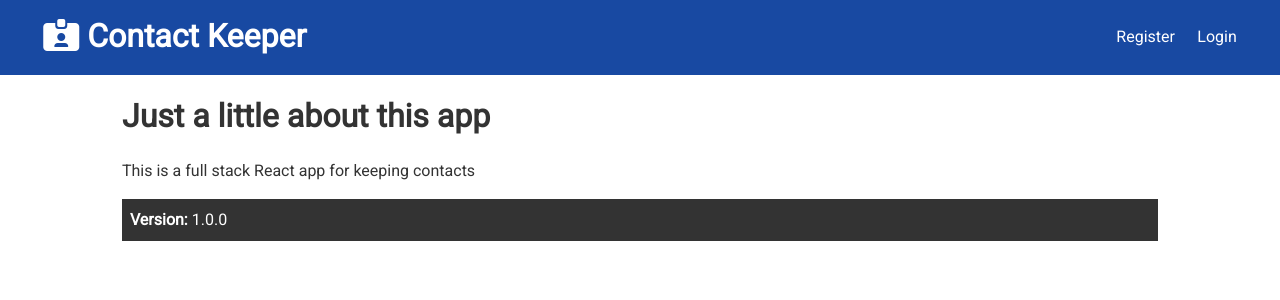
Repository: michaelm602623/contactKeeper
Page: /about (app in client/)
These files come from the project's save history. The page is drawn as it stood at one moment and after the next save; the edit follows.
The browser window is 1280 px wide. The pictures show the whole page.
The page's requests for data from a server got no answer. Some web libraries are served in a nearby version. The project was rebuilt for these pictures with package versions that can differ from the ones it lists, and the page was loaded fresh each time. A package was used in the major version that the imports need, not the one package.json lists. No one was signed in, and anything a server would have sent is missing. Also part of the build but not shown: client/src/components/contacts/ContactItem.js, client/src/components/layout/Spinner.js, client/src/components/contacts/Contacts.js, client/src/components/contacts/ContactForm.js, client/src/components/contacts/ContactFilter.js, client/src/components/pages/Home.js, client/src/components/auth/Register.js, client/src/components/auth/Login.js and 2 more.

Above is the page before, as saved 2019-11-23 02:18:13.

### client/public/index.html
<!DOCTYPE html>
<html lang="en">
  <head>
    <meta charset="utf-8" />
    <link rel="icon" href="%PUBLIC_URL%/favicon.ico" />
    <meta name="viewport" content="width=device-width, initial-scale=1" />
    <meta name="theme-color" content="#000000" />
    <meta
      name="description"
      content="Web site created using create-react-app"
    />
    <link rel="apple-touch-icon" href="logo192.png" />
    <script src="https://kit.fontawesome.com/cdce8a0938.js" crossorigin="anonymous"></script>
    <link rel="manifest" href="%PUBLIC_URL%/manifest.json" />

    <title>Contact-Keeper</title>
  </head>
  <body>
    <noscript>You need to enable JavaScript to run this app.</noscript>
    <div id="root"></div>
  </body>
</html>

### client/src/App.js
import React, { Fragment } from "react";
import { BrowserRouter as Router, Route, Switch } from "react-router-dom";
import Navbar from "./components/layout/Navbar";
import Home from "./components/pages/Home";
import About from "./components/pages/About";
import Register from "./components/auth/Register";
import Login from "./components/auth/Login";
import Alerts from "./components/layout/Alerts";
import PrivateRoute from "./components/routing/PrivateRoute";

import ContactState from "./context/contact/ContactState";
import AuthState from "./context/auth/AuthState";
import AlertState from "./context/alert/AlertState";
import setAuthToken from "./utils/setAuthToken";
import "./App.css";

if (localStorage.token) {
  setAuthToken(localStorage.token);
}

const App = () => {
  return (
    <AuthState>
      <ContactState>
        <AlertState>
          <Router>
            <Fragment>
              <Navbar />
              <div className='container'>
                <Alerts />
                <Switch>
                  <PrivateRoute exact path='/' component={Home} />
                  <Route exact path='/about' component={About} />
                  <Route exact path='/register' component={Register} />
                  <Route exact path='/login' component={Login} />
                </Switch>
              </div>
            </Fragment>
          </Router>
        </AlertState>
      </ContactState>
    </AuthState>
  );
};

export default App;

### client/src/components/layout/Navbar.js
import React, { Fragment, useContext, useEffect } from "react";

import PropTypes from "prop-types";

import { Link } from "react-router-dom";

import AuthContext from "../../context/auth/authContext";

import ContactContext from "../../context/contact/contactContext";

const Navbar = ({ title, icon }) => {
  const authContext = useContext(AuthContext);

  const contactContext = useContext(ContactContext);

  const { isAuthenticated, logout, user, loadUser } = authContext;

  const { clearContacts } = contactContext;

  useEffect(() => {
    loadUser();

    // eslint-disable-next-line
  }, []);

  const onLogout = () => {
    logout();

    clearContacts();
  };

  const authLinks = (
    <Fragment>
      <li>Hello {user && user.name}</li>

      <li>
        <a onClick={onLogout} href='#!'>
          <i className='fas fa-sign-out-alt' />{" "}
          <span className='hide-sm'>Logout</span>
        </a>
      </li>
    </Fragment>
  );

  const guestLinks = (
    <Fragment>
      <li>
        <Link to='/register'>Register</Link>
      </li>

      <li>
        <Link to='/login'>Login</Link>
      </li>
    </Fragment>
  );

  return (
    <div className='navbar bg-primary'>
      <h1>
        <Link to='/'>
          <i className={icon} /> {title}
        </Link>
      </h1>

      <ul>{isAuthenticated ? authLinks : guestLinks}</ul>
    </div>
  );
};

Navbar.propTypes = {
  title: PropTypes.string.isRequired,

  icon: PropTypes.string
};

Navbar.defaultProps = {
  title: "Contact Keeper",

  icon: "fas fa-id-card-alt"
};

export default Navbar;

### client/src/components/pages/About.js
import React from "react";

const About = () => {
  return (
    <div>
      <h1>Just a little about this app</h1>
      <p className='my-1'>
        This is a full stack React app for keeping contacts
      </p>
      <p className='bg-dark p'>
        <strong>Version: </strong> 1.0.0
      </p>
    </div>
  );
};

export default About;

### client/src/context/contact/ContactState.js
import React, { useReducer } from "react";

import axios from "axios";

import ContactContext from "./contactContext";

import contactReducer from "./contactReducer";

import {
  GET_CONTACTS,
  ADD_CONTACT,
  DELETE_CONTACT,
  SET_CURRENT,
  CLEAR_CURRENT,
  UPDATE_CONTACT,
  FILTER_CONTACTS,
  CLEAR_CONTACTS,
  CLEAR_FILTER,
  CONTACT_ERROR
} from "../types";

const ContactState = props => {
  const initialState = {
    contacts: null,

    current: null,

    filtered: null,

    error: null
  };

  const [state, dispatch] = useReducer(contactReducer, initialState);

  // Get Contacts

  const getContacts = async () => {
    try {
      const res = await axios.get("/api/contacts");

      dispatch({
        type: GET_CONTACTS,

        payload: res.data
      });
    } catch (err) {
      dispatch({
        type: CONTACT_ERROR,

        payload: err.response.msg
      });
    }
  };

  // Add Contact

  const addContact = async contact => {
    const config = {
      headers: {
        "Content-Type": "application/json"
      }
    };

    try {
      const res = await axios.post("/api/contacts", contact, config);

      dispatch({
        type: ADD_CONTACT,

        payload: res.data
      });
    } catch (err) {
      dispatch({
        type: CONTACT_ERROR,

        payload: err.response.msg
      });
    }
  };

  // Delete Contact

  const deleteContact = async id => {
    try {
      await axios.delete(`/api/contacts/${id}`);

      dispatch({
        type: DELETE_CONTACT,

        payload: id
      });
    } catch (err) {
      dispatch({
        type: CONTACT_ERROR,

        payload: err.response.msg
      });
    }
  };

  // Update Contact

  const updateContact = async contact => {
    const config = {
      headers: {
        "Content-Type": "application/json"
      }
    };

    try {
      const res = await axios.put(
        `/api/contacts/${contact._id}`,

        contact,

        config
      );

      dispatch({
        type: UPDATE_CONTACT,

        payload: res.data
      });
    } catch (err) {
      dispatch({
        type: CONTACT_ERROR,

        payload: err.response.msg
      });
    }
  };

  // Clear Contacts

  const clearContacts = () => {
    dispatch({ type: CLEAR_CONTACTS });
  };

  // Set Current Contact

  const setCurrent = contact => {
    dispatch({ type: SET_CURRENT, payload: contact });
  };

  // Clear Current Contact

  const clearCurrent = () => {
    dispatch({ type: CLEAR_CURRENT });
  };

  // Filter Contacts

  const filterContacts = text => {
    dispatch({ type: FILTER_CONTACTS, payload: text });
  };

  // Clear Filter

  const clearFilter = () => {
    dispatch({ type: CLEAR_FILTER });
  };

  return (
    <ContactContext.Provider
      value={{
        contacts: state.contacts,

        current: state.current,

        filtered: state.filtered,

        error: state.error,

        addContact,

        deleteContact,

        setCurrent,

        clearCurrent,

        updateContact,

        filterContacts,

        clearFilter,

        getContacts,

        clearContacts
      }}
    >
      {props.children}
    </ContactContext.Provider>
  );
};

export default ContactState;

### client/src/context/auth/AuthState.js
import React, { useReducer } from "react";
import axios from "axios";
import AuthContext from "./authContext";
import authReducer from "./authReducer";
import setAuthToken from "../../utils/setAuthToken";
import {
  REGISTER_SUCCESS,
  REGISTER_FAIL,
  USER_LOADED,
  AUTH_ERROR,
  LOGIN_SUCCESS,
  LOGIN_FAIL,
  LOGOUT,
  CLEAR_ERRORS
} from "../types";

const AuthState = props => {
  const initialState = {
    token: localStorage.getItem("token"),
    isAuthenticated: null,
    loading: true,
    user: null,
    error: null
  };

  const [state, dispatch] = useReducer(authReducer, initialState);

  // Load User
  const loadUser = async () => {
    if (localStorage.token) {
      setAuthToken(localStorage.token);
    }

    try {
      const res = await axios.get("/api/auth");

      dispatch({
        type: USER_LOADED,
        payload: res.data
      });
    } catch (err) {
      dispatch({ type: AUTH_ERROR });
    }
  };

  // Register User
  const register = async formData => {
    const config = {
      headers: {
        "Content-Type": "application/json"
      }
    };

    try {
      const res = await axios.post("/api/users", formData, config);

      dispatch({
        type: REGISTER_SUCCESS,
        payload: res.data
      });

      loadUser();
    } catch (err) {
      dispatch({
        type: REGISTER_FAIL,
        payload: err.response.data.msg
      });
    }
  };

  // Login User
  const login = async formData => {
    const config = {
      headers: {
        "Content-Type": "application/json"
      }
    };

    try {
      const res = await axios.post("/api/auth", formData, config);

      dispatch({
        type: LOGIN_SUCCESS,
        payload: res.data
      });

      loadUser();
    } catch (err) {
      dispatch({
        type: LOGIN_FAIL,
        payload: err.response.data.msg
      });
    }
  };

  // Logout
  const logout = () => dispatch({ type: LOGOUT });

  // Clear Errors
  const clearErrors = () => dispatch({ type: CLEAR_ERRORS });

  return (
    <AuthContext.Provider
      value={{
        token: state.token,
        isAuthenticated: state.isAuthenticated,
        loading: state.loading,
        user: state.user,
        error: state.error,
        register,
        loadUser,
        login,
        logout,
        clearErrors
      }}
    >
      {props.children}
    </AuthContext.Provider>
  );
};

export default AuthState;

### client/src/context/alert/AlertState.js
import React, { useReducer } from "react";
import uuid from "uuid";
import AlertContext from "./alertContext";
import alertReducer from "./alertReducer";
import { SET_ALERT, REMOVE_ALERT } from "../types";

const AlertState = props => {
  const initialState = [];

  const [state, dispatch] = useReducer(alertReducer, initialState);

  // Set Alert
  const setAlert = (msg, type, timeout = 5000) => {
    const id = uuid.v4();
    dispatch({
      type: SET_ALERT,
      payload: { msg, type, id }
    });

    setTimeout(() => dispatch({ type: REMOVE_ALERT, payload: id }), timeout);
  };

  return (
    <AlertContext.Provider
      value={{
        alerts: state,
        setAlert
      }}
    >
      {props.children}
    </AlertContext.Provider>
  );
};

export default AlertState;

### client/src/App.css
@import url('https://fonts.googleapis.com/css?family=Roboto');



/* Global Styles */

:root {

  --primary-color: #003699;

  --dark-color: #333333;

  --light-color: #f4f4f4;

  --danger-color: #dc3545;

  --success-color: #28a745;

}



* {

  box-sizing: border-box;

  margin: 0;

  padding: 0;

}



body {

  font-family: 'Roboto', sans-serif;

  font-size: 1rem;

  line-height: 1.6;

  background-color: #fff;

  color: #333;

}



a {

  color: var(--primary-color);

  text-decoration: none;

}



a:hover {

  color: #666;

}



ul {

  list-style: none;

}



img {

  width: 100%;

}



/* Utilities */

.container {

  max-width: 1100px;

  margin: auto;

  overflow: hidden;

  padding: 0 2rem;

}



/* Text Styles*/

.x-large {

  font-size: 4rem;

  line-height: 1.2;

  margin-bottom: 1rem;

}



.large {

  font-size: 3rem;

  line-height: 1.2;

  margin-bottom: 1rem;

}



.lead {

  font-size: 1.5rem;

  margin-bottom: 1rem;

}



.text-center {

  text-align: center;

}



.text-primary {

  color: var(--primary-color);

}



.text-dark {

  color: var(--dark-color);

}



.text-center {

  text-align: center;

}



.text-right {

  text-align: right;

}



.text-left {

  text-align: left;

}



/* Cards */

.card {

  padding: 1rem;

  border: #ccc 1px dotted;

  margin: 0.7rem 0;

}



/* List */

.list {

  margin: 0.5rem 0;

}



.list li {

  padding-bottom: 0.3rem;

}



/* Padding */

.p {

  padding: 0.5rem;

}

.p-1 {

  padding: 1rem;

}

.p-2 {

  padding: 2rem;

}

.p-3 {

  padding: 3rem;

}

.py {

  padding: 0.5rem 0;

}

.py-1 {

  padding: 1rem 0;

}

.py-2 {

  padding: 2rem 0;

}

.py-3 {

  padding: 3rem 0;

}



/* Margin */

.m {

  margin: 0.5rem;

}

.m-1 {

  margin: 1rem;

}

.m-2 {

  margin: 2rem;

}

.m-3 {

  margin: 3rem;

}

.my {

  margin: 0.5rem 0;

}

.my-1 {

  margin: 1rem 0;

}

.my-2 {

  margin: 2rem 0;

}

.my-3 {

  margin: 3rem 0;

}



/* Grid */

.grid-2 {

  display: grid;

  grid-template-columns: repeat(2, 1fr);

  grid-gap: 2rem;

}



.grid-3 {

  display: grid;

  grid-template-columns: repeat(3, 1fr);

  grid-gap: 1rem;

}



.grid-4 {

  display: grid;

  grid-template-columns: repeat(4, 1fr);

  grid-gap: 2rem;

}



.grid-2-3 {

  display: grid;

  grid-template-columns: 2fr 3fr;

  grid-gap: 2rem;

}



.btn {

  display: inline-block;

  background: var(--light-color);

  color: #333;

  padding: 0.4rem 1.3rem;

  font-size: 1rem;

  border: none;

  cursor: pointer;

  margin-right: 0.5rem;

  transition: opacity 0.2s ease-in;

  outline: none;

}



.btn-link {

  background: none;

  padding: 0;

  margin: 0;

}



.btn-block {

  display: block;

  width: 100%;

}



.btn-sm {

  font-size: 0.8rem;

  padding: 0.3rem 1rem;

  margin-right: 0.2rem;

}



.badge {

  font-size: 0.8rem;

  padding: 0.2rem 0.7rem;

  text-align: center;

  margin: 0.3rem;

  background: var(--light-color);

  color: #333;

  border-radius: 5px;

}



.alert {

  padding: 0.7rem;

  margin: 1rem 0;

  opacity: 0.9;

  background: var(--light-color);

  color: #333;

}



.btn-primary,

.bg-primary,

.badge-primary,

.alert-primary {

  background: var(--primary-color);

  color: #fff;

}



.btn-light,

.bg-light,

.badge-light,

.alert-light {

  background: var(--light-color);

  color: #333;

}



.btn-dark,

.bg-dark,

.badge-dark,

.alert-dark {

  background: var(--dark-color);

  color: #fff;

}



.btn-danger,

.bg-danger,

.badge-danger,

.alert-danger {

  background: var(--danger-color);

  color: #fff;

}



.btn-success,

.bg-success,

.badge-success,

.alert-success {

  background: var(--success-color);

  color: #fff;

}



.btn-white,

.bg-white,

.badge-white,

.alert-white {

  background: #fff;

  color: #333;

  border: #ccc solid 1px;

}



.btn:hover {

  opacity: 0.8;

}



.bg-light,

.badge-light {

  border: #ccc solid 1px;

}



.round-img {

  border-radius: 50%;

}



/* Forms */

input {

  margin: 1.2rem 0;

}



.form-text {

  display: block;

  margin-top: 0.3rem;

  color: #888;

}



input[type='text'],

input[type='email'],

input[type='password'],

input[type='date'],

select,

textarea {

  display: block;

  width: 100%;

  padding: 0.4rem;

  font-size: 1.2rem;

  border: 1px solid #ccc;

}



input[type='submit'],

button {

  font: inherit;

}



.form-group {

  margin: 1.2rem 0;

}



.form-group input {

  margin: 0.2rem 0;

}



.form-container {

  max-width: 500px;

  margin: 2rem auto;

  overflow: hidden;

  padding: 0 2rem;

}



.form-container h1,

h2,

h3 {

  text-align: center;

}



table th,

table td {

  padding: 1rem;

  text-align: left;

}



table th {

  background: var(--light-color);

}



/* Navbar */

.navbar {

  display: flex;

  justify-content: space-between;

  align-items: center;

  padding: 0.7rem 2rem;

  z-index: 1;

  width: 100%;

  border-bottom: solid 1px var(--primary-color);

  opacity: 0.9;

  margin-bottom: 1rem;

}



.navbar ul {

  display: flex;

}



.navbar a {

  color: #fff;

  padding: 0.45rem;

  margin: 0 0.25rem;

}



.navbar a:hover {

  color: var(--light-color);

}



.navbar .welcome span {

  margin-right: 0.6rem;

}



/* Animation (Add After) */

.item-enter {

  opacity: 0;

}

.item-enter-active {

  opacity: 1;

  transition: opacity 1000ms ease-in;

}

.item-exit {

  opacity: 1;

}

.item-exit-active {

  opacity: 0;

  transition: opacity 1000ms ease-in;

}



/* Mobile Styles */

@media (max-width: 700px) {

  .hide-sm {

    display: none;

  }



  .grid-2,

  .grid-3,

  .grid-4 {

    grid-template-columns: 1fr;

  }



  /* Text Styles */

  .x-large {

    font-size: 3rem;

  }



  .large {

    font-size: 2rem;

  }



  .lead {

    font-size: 1rem;

  }



  /* Navbar */

  .navbar {

    display: block;

    text-align: center;

  }



  .navbar h1 {

    margin-bottom: 0.6rem;

  }



  .navbar ul {

    text-align: center;

    justify-content: center;

  }

}

### client/src/context/contact/contactReducer.js
import {
  GET_CONTACTS,
  ADD_CONTACT,
  DELETE_CONTACT,
  SET_CURRENT,
  CLEAR_CURRENT,
  UPDATE_CONTACT,
  FILTER_CONTACTS,
  CLEAR_FILTER,
  CONTACT_ERROR,
  CLEAR_CONTACTS
} from "../types";

export default (state, action) => {
  switch (action.type) {
    case GET_CONTACTS:
      return {
        ...state,

        contacts: action.payload,

        loading: false
      };

    case ADD_CONTACT:
      return {
        ...state,

        contacts: [action.payload, ...state.contacts],

        loading: false
      };

    case UPDATE_CONTACT:
      return {
        ...state,

        contacts: state.contacts.map(contact =>
          contact._id === action.payload._id ? action.payload : contact
        ),

        loading: false
      };

    case DELETE_CONTACT:
      return {
        ...state,

        contacts: state.contacts.filter(
          contact => contact._id !== action.payload
        ),

        loading: false
      };

    case CLEAR_CONTACTS:
      return {
        ...state,

        contacts: null,

        filtered: null,

        error: null,

        current: null
      };

    case SET_CURRENT:
      return {
        ...state,

        current: action.payload
      };

    case CLEAR_CURRENT:
      return {
        ...state,

        current: null
      };

    case FILTER_CONTACTS:
      return {
        ...state,

        filtered: state.contacts.filter(contact => {
          const regex = new RegExp(`${action.payload}`, "gi");

          return contact.name.match(regex) || contact.email.match(regex);
        })
      };

    case CLEAR_FILTER:
      return {
        ...state,

        filtered: null
      };

    case CONTACT_ERROR:
      return {
        ...state,

        error: action.payload
      };

    default:
      return state;
  }
};

### client/src/context/types.js
export const GET_CONTACTS = "GET_CONTACTS";
export const ADD_CONTACT = "ADD_CONTACT";
export const DELETE_CONTACT = "DELETE_CONTACT";
export const SET_CURRENT = "SET_CURRENT";
export const CLEAR_CURRENT = "CLEAR_CURRENT";
export const UPDATE_CONTACT = "UPDATE_CONTACT";
export const FILTER_CONTACTS = "FILTER_CONTACTS";
export const CLEAR_CONTACTS = "CLEAR_CONTACTS";
export const CLEAR_FILTER = "CLEAR_FILTER";
export const CONTACT_ERROR = "CONTACT_ERROR";
export const SET_ALERT = "SET_ALERT";
export const REMOVE_ALERT = "REMOVE_ALERT";
export const REGISTER_SUCCESS = "REGISTER_SUCCESS";
export const REGISTER_FAIL = "REGISTER_FAIL";
export const USER_LOADED = "USER_LOADED";
export const AUTH_ERROR = "AUTH_ERROR";
export const LOGIN_SUCCESS = "LOGIN_SUCCESS";
export const LOGIN_FAIL = "LOGIN_FAIL";
export const LOGOUT = "LOGOUT";
export const CLEAR_ERRORS = "CLEAR_ERRORS";

### client/src/context/auth/authReducer.js
import {
  REGISTER_SUCCESS,
  REGISTER_FAIL,
  USER_LOADED,
  AUTH_ERROR,
  LOGIN_SUCCESS,
  LOGIN_FAIL,
  LOGOUT,
  CLEAR_ERRORS
} from "../types";

export default (state, action) => {
  switch (action.type) {
    case USER_LOADED:
      return {
        ...state,
        isAuthenticated: true,
        loading: false,
        user: action.payload
      };
    case REGISTER_SUCCESS:
    case LOGIN_SUCCESS:
      localStorage.setItem("token", action.payload.token);
      return {
        ...state,
        ...action.payload,
        isAuthenticated: true,
        loading: false
      };
    case REGISTER_FAIL:
    case AUTH_ERROR:
    case LOGIN_FAIL:
    case LOGOUT:
      localStorage.removeItem("token");
      return {
        ...state,
        token: null,
        isAuthenticated: false,
        loading: false,
        user: null,
        error: action.payload
      };
    case CLEAR_ERRORS:
      return {
        ...state,
        error: null
      };
    default:
      return state;
  }
};

Loaded but not shown: client/src/index.js (common file); client/src/utils/setAuthToken.js (common file); client/src/context/auth/authContext.js (common file); client/src/context/contact/contactContext.js (common file); client/src/context/alert/alertContext.js (common file); client/src/context/alert/alertReducer.js (common file)

After the next save:
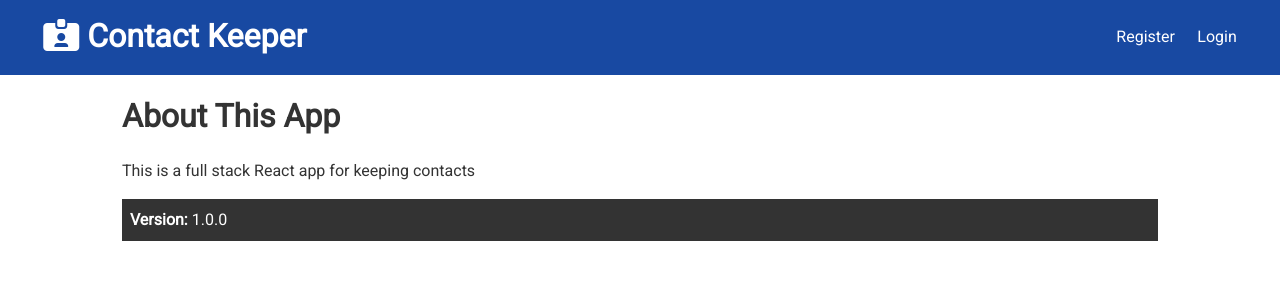
Saved 59 s later.
--- a/client/src/components/pages/About.js
+++ b/client/src/components/pages/About.js
@@ -3,10 +3,12 @@ import React from "react";
 const About = () => {
   return (
     <div>
-      <h1>Just a little about this app</h1>
+      <h1>About This App</h1>
+
       <p className='my-1'>
         This is a full stack React app for keeping contacts
       </p>
+
       <p className='bg-dark p'>
         <strong>Version: </strong> 1.0.0
       </p>
